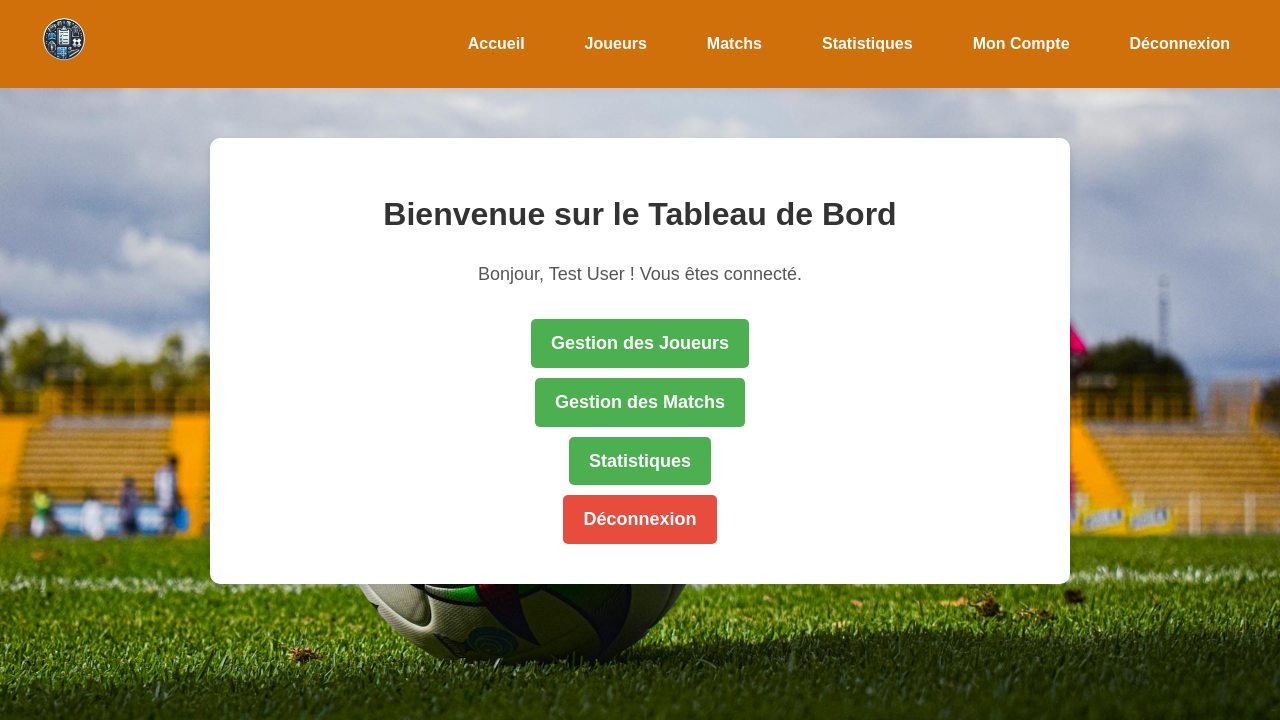
Repository: iisloomx/R401_MiniProjet
Page: http://localhost/views/dashboard.php
An editor plug-in stored every save of this project. The page is shown before and after the next save, followed by the edit.
The browser window is 1280 px wide. The pictures show the whole page.
The page is run by PHP 8.4 with error messages shown; the project is at /var/www/html/. The session is filled in as if someone had signed in: {"id_utilisateur": 1, "utilisateur": "Test User"}. Other server files are loaded and not shown.

Above is the page before, as saved 2025-01-19 04:11:53.

### views/dashboard.php
<?php
session_start(); // Démarrez la session au début du fichier

if (!isset($_SESSION['utilisateur'])) {
    header("Location: connexion.php");
    exit();
}

include 'header.php';
?>

<!DOCTYPE html>
<html lang="fr">
<head>
    <meta charset="UTF-8">
    <title>Tableau de Bord</title>
    <link rel="stylesheet" href="css/dashboard_style.css">
</head>
<body>
    <div class ="table-container">
    <div class="dashboard-container">
                <h1>Bienvenue sur le Tableau de Bord</h1>
                <?php if (isset($_SESSION['utilisateur'])) : ?>
                    <p>Bonjour, <?= htmlspecialchars($_SESSION['utilisateur']); ?> ! Vous êtes connecté.</p>
                <?php else : ?>
                    <p>Erreur : Utilisateur non connecté.</p>
                <?php endif; ?>

                <nav>
                    <ul>
                        <li><a href="../controllers/JoueursController.php?action=liste">Gestion des Joueurs</a></li>
                        <li><a href="../controllers/MatchsController.php?action=liste">Gestion des Matchs</a></li>
                        <li><a href="../controllers/StatistiquesController.php?action=index">Statistiques</a></li> <!-- Nouveau bouton -->
                        <li><a href="../controllers/DeconnexionController.php" class="deconnexion">Déconnexion</a></li>
                    </ul>
                </nav>
            </div>
    </div>
</body>
</html>

<?php include 'footer.php'; ?>

### views/header.php
<!DOCTYPE html>
<html lang="fr">
<head>
    <meta charset="UTF-8">
    <title>Tableau de Bord</title>
    <link rel="stylesheet" href="/MiniprojetR3.01/views/css/style.css">

</head>
<body>
    <header class="main-header">
        <div class="logo">
            <a href="/MiniprojetR3.01/views/dashboard.php"><img src="../img/logo.PNG" alt="Logo" /></a>
        </div>

        <nav class="nav-links">
            <a href="/MiniprojetR3.01/views/dashboard.php">Accueil</a>
            <?php if (isset($_SESSION['utilisateur'])) : ?>

                    <a href="../controllers/JoueursController.php?action=liste">Joueurs</a>
                    <a href="../controllers/MatchsController.php?action=liste  ">Matchs</a>
                    <a href="../controllers/StatistiquesController.php?action=index">Statistiques</a>

                <a href="/MiniprojetR3.01/views/mon_compte.php" class="btn-account">Mon Compte</a>
                <a href="/MiniprojetR3.01/controllers/DeconnexionController.php" class="btn-logout">Déconnexion</a>
            <?php endif; ?>
        </nav>
    </header>
</body>
</html>

### views/css/style.css
/* Global Styles */
body {
    background: url('../img/BGROUND.jpg') no-repeat center center fixed;
    background-size: cover;
    font-family: Arial, sans-serif;
    margin: 0;
    padding: 0;
    line-height: 1.6;
    color: #333;
}

/* Header Styles */
.main-header {
    display: flex;
    align-items: center;
    justify-content: space-between;
    background-color: #cf700b;
    padding: 15px 30px;
    color: #fff;
    box-shadow: 0 4px 8px rgba(216, 117, 12, 0.1);
    position: sticky;
    top: 0;
    z-index: 1000;
}

.dropdown {
    position: relative;
    display: inline-block;
}

.dropdown-content {
    display: none;
    position: absolute;
    background-color: #f9f9f9;
    min-width: 160px;
    box-shadow: 0px 8px 16px 0px rgba(0,0,0,0.2);
    z-index: 1;
}

.dropdown-content a {
    color: black;
    padding: 12px 16px;
    text-decoration: none;
    display: block;
}



.logo img {
    height: 50px;
}

.nav-links {
    display: flex;
    align-items: center;
}

.nav-links a {
    color: #fff;
    text-decoration: none;
    font-weight: bold;
    margin-left: 20px;
    padding: 10px 20px;
    border-radius: 5px;
    transition: background-color 0.3s ease, color 0.3s ease, transform 0.2s ease;
}

.nav-links a:hover {
    background-color: #f4a261;
    color: #333;
    transform: scale(1.05);
}

.table-container {
    max-width: 800px;
    margin: 50px auto;
    background-color: #fff;
    padding: 30px;
    border-radius: 10px;
    box-shadow: 0 4px 8px rgba(0,0,0,0.1);
    text-align: center;
}

/* Container Styles */
.container {
    max-width: 800px;
    margin: 50px auto;
    padding: 30px;
    background-color: #fff;
    border-radius: 10px;
    box-shadow: 0 4px 8px rgba(0, 0, 0, 0.1);
    text-align: center;
}

/* Page Titles */
.container h1 {
    font-size: 32px;
    color: #333;
    margin-bottom: 20px;
}

/* --- AJOUT : Style du bouton "Ajouter un Match" --- */
.btn-add-match {
    display: inline-block;
    background-color: #4CAF50;
    color: #fff;
    font-weight: bold;
    text-decoration: none;
    padding: 10px 20px;
    border-radius: 5px;
    margin: 0 auto 20px auto;
    transition: background-color 0.3s ease, transform 0.2s ease;
}

.btn-add-match:hover {
    background-color: #45a049;
    transform: scale(1.05);
}

/* Pour forcer la couleur même si lien "visité" */
.btn-add-match:visited {
    color: #fff;
}

/* Forms */
form {
    width: 100%;
    max-width: 500px;
    margin: 0 auto;
    text-align: left;
}

form label {
    font-size: 16px;
    font-weight: bold;
    color: #555;
    display: block;
    margin-bottom: 5px;
}

form input[type="text"],
form input[type="number"],
form input[type="date"],
form input[type="password"],
form select {
    width: 100%;
    padding: 10px;
    margin-bottom: 20px;
    border: 1px solid #ccc;
    border-radius: 5px;
    font-size: 16px;
    transition: border-color 0.3s ease, box-shadow 0.3s ease;
}

form input[type="text"]:focus,
form input[type="number"]:focus,
form input[type="date"]:focus,
form input[type="password"]:focus {
    border-color: #4CAF50;
    box-shadow: 0 0 8px rgba(76, 175, 80, 0.5);
    outline: none;
}

form button {
    width: 100%;
    padding: 15px;
    background-color: #4CAF50;
    border: none;
    border-radius: 5px;
    color: white;
    font-size: 18px;
    font-weight: bold;
    cursor: pointer;
    transition: background-color 0.3s ease, transform 0.2s ease;
}

form button:hover {
    background-color: #45a049;
    transform: scale(1.05);
}


/* Table Styles */
.styled-table {
    width: 100%;
    border-collapse: collapse;
    margin-top: 20px;
    font-size: 16px;
    text-align: left; /* Changed from center to left */
    table-layout: fixed; /* Added to fix table layout */
}

.styled-table th,
.styled-table td {
    padding: 15px;
    border: 1px solid #ddd;
    word-wrap: break-word;
    white-space: normal;
}

.styled-table th {
    background-color: #f4a261;
    color: white;
    font-weight: bold;
}

.styled-table tr:nth-child(even) {
    background-color: #f9f9f9;
}

.styled-table tr:hover {
    background-color: #f1f1f1;
}

/* Links in Table */
.styled-table a {
    text-decoration: none;
    font-weight: bold;
    color: #fff;
    padding: 5px 10px;
    border-radius: 5px;
    transition: background-color 0.3s ease, color 0.3s ease, transform 0.2s ease;
}

.styled-table a:hover {
    background-color: #4CAF50;
    color: white;
    transform: scale(1.05);
}

/* Buttons for Add/Edit/Delete */
.btn {
    display: inline-block;
    padding: 10px 20px;
    font-size: 16px;
    font-weight: bold;
    color: white;
    text-decoration: none;
    border-radius: 5px;
    margin: 10px 5px;
    transition: background-color 0.3s ease, transform 0.2s ease;
}

.btn:hover {
    transform: scale(1.05);
}

.btn-add {
    background-color: #4CAF50; /* Green */
}

.btn-add:hover {
    background-color: #45a049;
}

.btn-add-commentaire {
    background-color: #4CAF50; /* Green */
}

.btn-add-commentaire:hover {
    background-color: #45a049;
}

.btn-add-joueur {
    background-color: #4CAF50; /* Green */
}

.btn-add-joueur:hover {
    background-color: #45a049;

.btn-feuille {
    background-color: #d6d65b; /* Green */
}

.btn-feuille:hover {
    background-color: #b2b24e; /* Green */
}

.btn-edit {
    background-color: #3498db; /* Blue */
}

.btn-edit:hover {
    background-color: #2980b9;
}

.btn-delete {
    background-color: #e74c3c; /* Red */
}

.btn-delete:hover {
    background-color: #c0392b;
}

.btn-back {
    background-color: #9b59b6; /* Purple */
}

.btn-back:hover {
    background-color: #8e44ad;
}

/* --- Styles pour les boutons de statistiques --- */
.btn-stat {
    display: inline-block;
    background-color: #f39c12; /* Orange */
    color: white;
    font-weight: bold;
    text-decoration: none;
    padding: 10px 20px;
    border-radius: 5px;
    margin: 10px 5px;
    font-size: 16px;
    transition: background-color 0.3s ease, transform 0.2s ease;
}

.btn-stat:hover {
    background-color: #e67e22; /* Orange plus foncé */
    transform: scale(1.05);
}

/* Pour garantir une bonne apparence si un lien "visité" */
.btn-stat:visited {
    color: white;
}

/* Footer Styles */
.main-footer {
    display: flex;
    align-items: center;
    justify-content: center;
    background-color: #cf700b;
    padding: 15px 30px;
    color: #fff;
    height: 60px;
    margin-top: 50px;
}

/* Footer Links */
.footer-links a {
    color: #fff;
    text-decoration: none;
    font-weight: bold;
}

.footer-links a:hover {
    text-decoration: underline;
}

/* Form Error Message */
.error-message {
    color: red;
    font-size: 16px;
    margin-bottom: 15px;
    text-align: center;
}

/* Responsive Styles */
@media (max-width: 600px) {
    .container {
        width: 90%;
        margin: 20px auto;
        padding: 20px;
    }

    .styled-table {
        font-size: 14px;
    }

    form input,
    form button {
        font-size: 14px;
    }
}

/* Link to Create Account */
.create-account-link {
    color: #4CAF50;
    font-weight: bold;
    text-decoration: none;
    margin-top: 20px;
    display: inline-block;
    transition: color 0.3s ease, transform 0.2s ease;
}

.create-account-link:hover {
    color: #45a049;
    text-decoration: underline;
    transform: scale(1.05);
}

.create-account-container {
    text-align: center;
    margin-top: 20px;
    font-size: 16px;
    color: #333;
}

.form-container h2 {
    font-size: 28px;
    margin-bottom: 20px;
    color: #333;
    text-align: center;
}

/* Dashboard Container */
.dashboard-container {
    text-align: center;
    margin-top: 50px;
    padding: 30px;
    background-color: #fff;
    border-radius: 10px;
    box-shadow: 0 4px 8px rgba(0, 0, 0, 0.1);
    max-width: 600px;
    margin-left: auto;
    margin-right: auto;
}

/* Dashboard Title */
.dashboard-container h1 {
    font-size: 32px;
    color: #333;
    margin-bottom: 20px;
}

/* Dashboard Paragraph */
.dashboard-container p {
    font-size: 18px;
    color: #555;
    margin-bottom: 30px;
}

/* Navigation Links */
.dashboard-container nav ul {
    list-style: none;
    padding: 0;
    margin: 0;
}

.dashboard-container nav ul li {
    margin: 10px 0;
}

.dashboard-container nav ul li a {
    display: inline-block;
    font-size: 18px;
    font-weight: bold;
    text-decoration: none;
    color: #fff;
    background-color: #4CAF50;
    padding: 10px 20px;
    border-radius: 5px;
    transition: background-color 0.3s ease, transform 0.2s ease;
}

.dashboard-container nav ul li a:hover {
    background-color: #45a049;
    transform: scale(1.05);
}

/* Déconnexion Button */
.dashboard-container nav ul li a.deconnexion {
    background-color: #e74c3c;
}

.dashboard-container nav ul li a.deconnexion:hover {
    background-color: #c0392b;
}

/* Styles pour les boutons radio et leurs labels */
.radio-group {
    display: flex;
    flex-wrap: wrap;
    gap: 10px;
    margin-top: 10px;
}

.radio-group label {
    display: inline-flex;
    align-items: center;
    font-size: 16px;
    color: #555;
    cursor: pointer;
    margin-right: 15px;
}

.radio-group input[type="radio"] {
    margin-right: 5px;
    cursor: pointer;
    width: 16px;
    height: 16px;
    vertical-align: middle;
}

.error-message {
    color: red;
    font-size: 14px;
    margin-top: 10px;
}

.success-message {
    color: green;
    font-size: 14px;
    margin-top: 10px;
}

.no-data {
    color: #555;
    font-size: 16px;
    margin-top: 20px;
}

}

### views/css/dashboard_style.css
/* Dashboard Title */
.dashboard-container h1 {
    font-size: 32px;
    color: #333;
    margin-bottom: 20px;
}

/* Dashboard Paragraph */
.dashboard-container p {
    font-size: 18px;
    color: #555;
    margin-bottom: 30px;
}

/* Navigation Links */
.dashboard-container nav ul {
    list-style: none;
    padding: 0;
    margin: 0;
}

.dashboard-container nav ul li {
    margin: 10px 0;
}

.dashboard-container nav ul li a {
    display: inline-block;
    font-size: 18px;
    font-weight: bold;
    text-decoration: none;
    color: #fff;
    background-color: #4CAF50;
    padding: 10px 20px;
    border-radius: 5px;
    transition: background-color 0.3s ease, transform 0.2s ease;
}

.dashboard-container nav ul li a:hover {
    background-color: #45a049;
    transform: scale(1.05);
}

/* Déconnexion Button */
.dashboard-container nav ul li a.deconnexion {
    background-color: #e74c3c;
}

.dashboard-container nav ul li a.deconnexion:hover {
    background-color: #c0392b;
}

/* Container Styles */
.container {
    max-width: 800px;
    margin: 50px auto;
    padding: 30px;
    background-color: #fff;
    border-radius: 10px;
    box-shadow: 0 4px 8px rgba(0, 0, 0, 0.1);
    text-align: center;
}

/* Page Titles */
.container h1 {
    font-size: 32px;
    color: #333;
    margin-bottom: 20px;
}

Loaded but not shown: views/footer.php (common file)

After the next save:
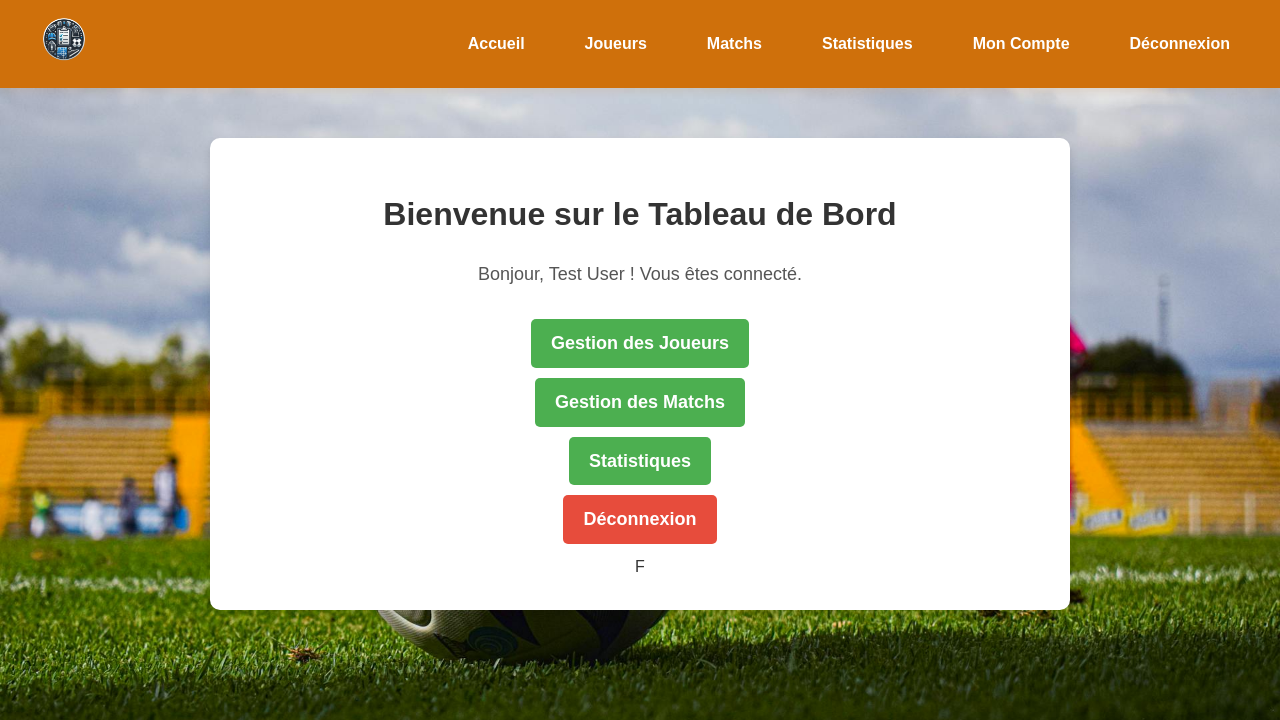
Saved 4 s later.
--- a/views/dashboard.php
+++ b/views/dashboard.php
@@ -35,7 +35,7 @@
                     </ul>
                 </nav>
             </div>
-    </div>
+    F</div>
 </body>
 </html>
 

After the 2 saves that followed:
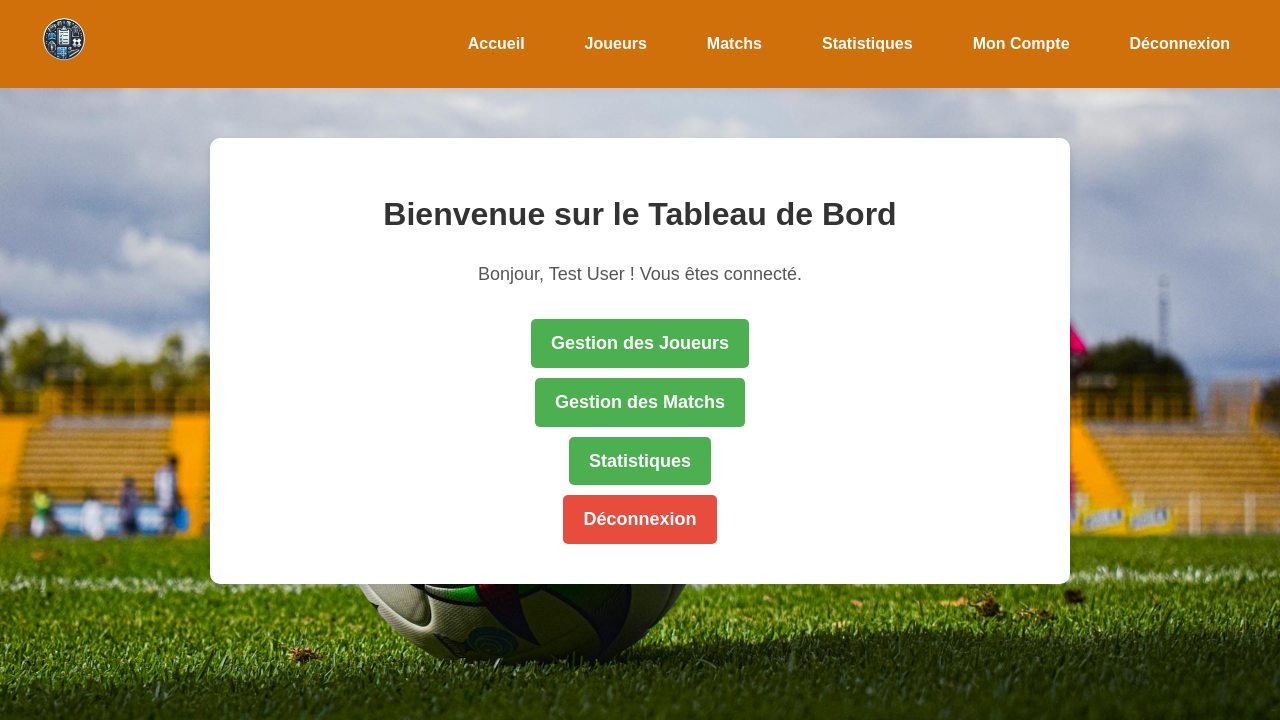
The 2 saves are shown as one change because 1 left the picture as it was.
The last was saved 13 s later.
--- a/views/dashboard.php
+++ b/views/dashboard.php
@@ -11,32 +11,35 @@
 
 <!DOCTYPE html>
 <html lang="fr">
+
 <head>
     <meta charset="UTF-8">
     <title>Tableau de Bord</title>
     <link rel="stylesheet" href="css/dashboard_style.css">
 </head>
+
 <body>
-    <div class ="table-container">
-    <div class="dashboard-container">
-                <h1>Bienvenue sur le Tableau de Bord</h1>
-                <?php if (isset($_SESSION['utilisateur'])) : ?>
-                    <p>Bonjour, <?= htmlspecialchars($_SESSION['utilisateur']); ?> ! Vous êtes connecté.</p>
-                <?php else : ?>
-                    <p>Erreur : Utilisateur non connecté.</p>
-                <?php endif; ?>
+    <div class="table-container">
+        <div class="dashboard-container">
+            <h1>Bienvenue sur le Tableau de Bord</h1>
+            <?php if (isset($_SESSION['utilisateur'])) : ?>
+                <p>Bonjour, <?= htmlspecialchars($_SESSION['utilisateur']); ?> ! Vous êtes connecté.</p>
+            <?php else : ?>
+                <p>Erreur : Utilisateur non connecté.</p>
+            <?php endif; ?>
 
-                <nav>
-                    <ul>
-                        <li><a href="../controllers/JoueursController.php?action=liste">Gestion des Joueurs</a></li>
-                        <li><a href="../controllers/MatchsController.php?action=liste">Gestion des Matchs</a></li>
-                        <li><a href="../controllers/StatistiquesController.php?action=index">Statistiques</a></li> <!-- Nouveau bouton -->
-                        <li><a href="../controllers/DeconnexionController.php" class="deconnexion">Déconnexion</a></li>
-                    </ul>
-                </nav>
-            </div>
-    F</div>
+            <nav>
+                <ul>
+                    <li><a href="../controllers/JoueursController.php?action=liste">Gestion des Joueurs</a></li>
+                    <li><a href="../controllers/MatchsController.php?action=liste">Gestion des Matchs</a></li>
+                    <li><a href="../controllers/StatistiquesController.php?action=index">Statistiques</a></li> <!-- Nouveau bouton -->
+                    <li><a href="../controllers/DeconnexionController.php" class="deconnexion">Déconnexion</a></li>
+                </ul>
+            </nav>
+        </div>
+    </div>
 </body>
+
 </html>
 
 <?php include 'footer.php'; ?>
